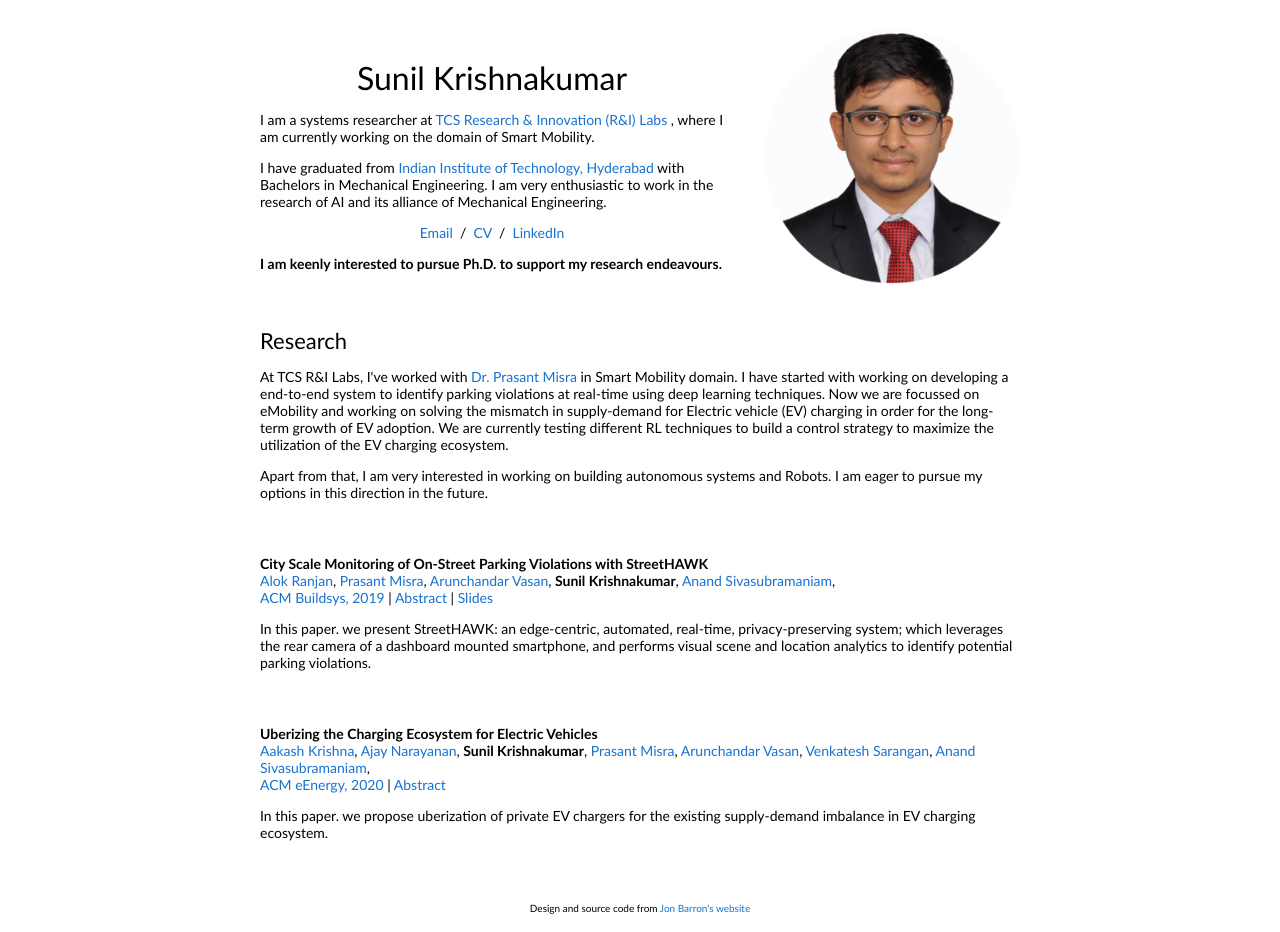
Repository: Sunil-KK/-
Page: index.html
The author's editor kept a copy of each file at every save. The page is drawn from the files as they stood at one save, then again after the next save.
The browser window is 1280 px wide. The pictures show the whole page.

Above is the page before, as saved 2020-09-02 12:16:37.

After the next save:
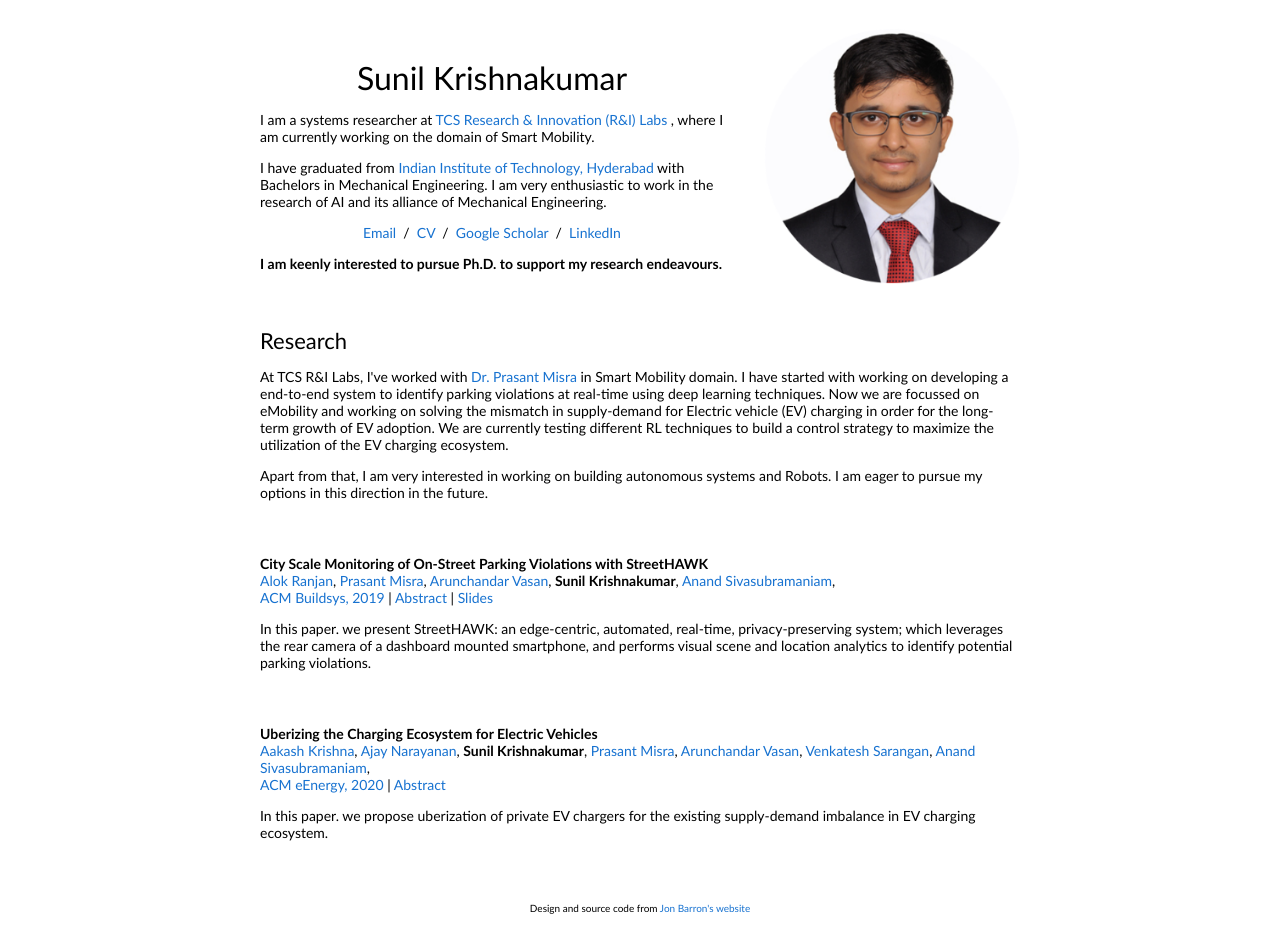
Saved 55 min 23 s later.
--- a/index.html
+++ b/index.html
@@ -41,7 +41,7 @@
                 <a href="mailto:komadamsunil96@gmail.com">Email</a> &nbsp/&nbsp
                 <a href="data/Sunil_CV.pdf.pdf">CV</a> &nbsp/&nbsp
                 <!-- <a href="data/JonBarron-bio.txt">LinkedI</a> &nbsp/&nbsp -->
-                <!-- <a href="https://scholar.google.com/citations?hl=en&user=jktWnL8AAAAJ">Google Scholar</a> &nbsp/&nbsp -->
+                <a href="https://scholar.google.com/citations?user=UGNuzUkAAAAJ&hl=en&oi=ao">Google Scholar</a> &nbsp/&nbsp
                 <a href="https://www.linkedin.com/in/sunilkrishnakumar/">LinkedIn</a>
                 <!-- <a href="https://twitter.com/jon_barron">Twitter</a> -->
               </p>
